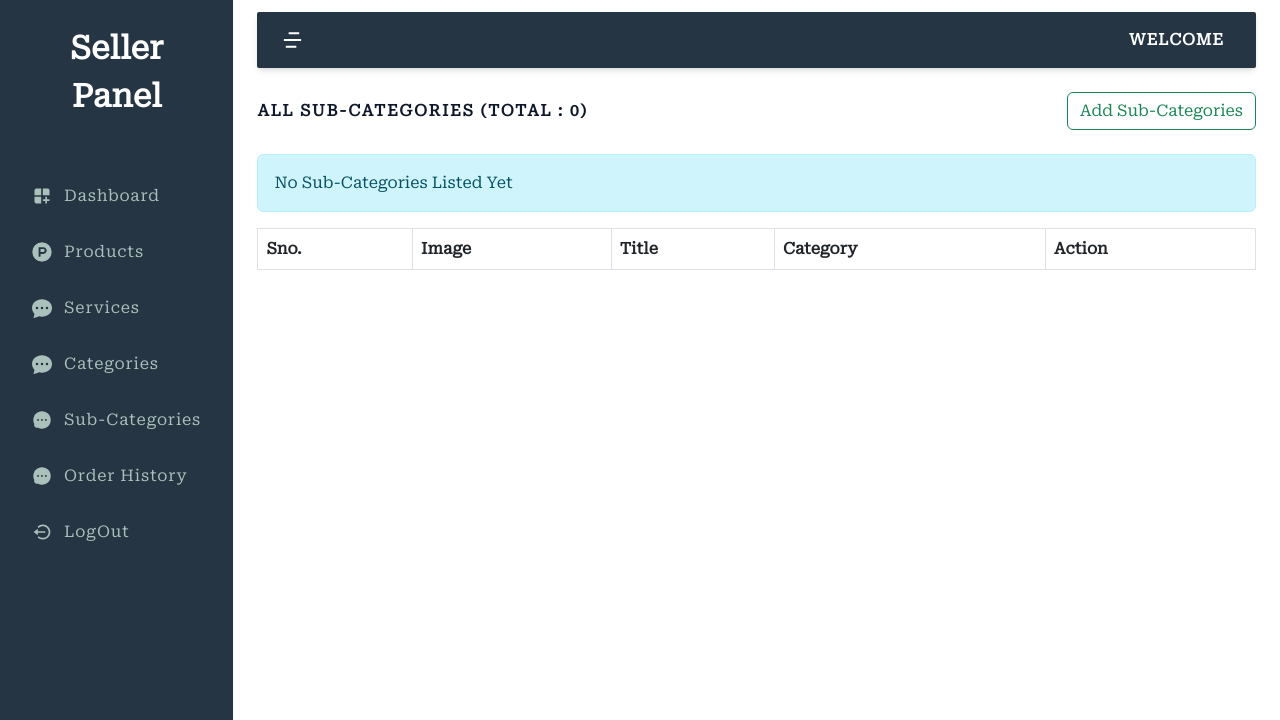
Repository: FlyweisReact/Arun-Chauhan
Page: /vendor/sub-category
An editor plug-in stored every save of this project. The page is shown before and after the next save, followed by the edit.
The browser window is 1280 px wide. The pictures show the whole page.
The page's requests for data from a server got no answer. Some web libraries are served in a nearby version. The project was rebuilt for these pictures with package versions that can differ from the ones it lists, and the page was loaded fresh each time. No one was signed in, and anything a server would have sent is missing. Also part of the build but not shown: src/AdminPanel/layout/Navbar.jsx, src/AdminPanel/layout/Sidebar.jsx, src/AdminPanel/layout/HOC.jsx, src/AdminPanel/pages/Privacy.js, src/AdminPanel/pages/Category.js, src/AdminPanel/pages/FeedBack.js, src/AdminPanel/pages/TermsCon.js, src/AdminPanel/pages/HelpSupport.js and 24 more.

Above is the page before, as saved 2023-04-14 18:01:07.

### public/index.html
<!-- @format -->

<!DOCTYPE html>
<html lang="en">
  <head>
    <meta charset="utf-8" />
    <!-- <link rel="icon" href="%PUBLIC_URL%/favicon.png" /> -->
    <meta name="viewport" content="width=device-width, initial-scale=1" />
    <meta name="theme-color" content="#000000" />
    <meta
      name="description"
      content="Web site created using create-react-app"
    />
    <link rel="apple-touch-icon" href="%PUBLIC_URL%/favicon.ico?v=2" />



    <link rel="manifest" href="%PUBLIC_URL%/manifest.json" />
    <link rel="preconnect" href="https://fonts.googleapis.com">
    <link rel="preconnect" href="https://fonts.gstatic.com" crossorigin>
    <link href="https://fonts.googleapis.com/css2?family=Roboto+Serif&display=swap" rel="stylesheet">
    <title>Arun   Panel</title>
  </head>
  <body>
    <noscript>You need to enable JavaScript to run this app.</noscript>
    <div id="root"></div>
    <script src="https://code.jquery.com/jquery-3.6.0.min.js"></script>
    <script src="https://kit.fontawesome.com/b533b351e4.js" crossorigin="anonymous"></script>
  </body>
</html>

### src/index.js
import React from "react";
import ReactDOM from "react-dom/client";
import "./index.css";
import App from "./App";
import { BrowserRouter } from "react-router-dom";
import 'bootstrap/dist/css/bootstrap.min.css'

const root = ReactDOM.createRoot(document.getElementById("root"));
root.render(
  <React.StrictMode>
    <BrowserRouter>
      <App />
    </BrowserRouter>
  </React.StrictMode>
);

### src/index.css
/** @format */

@tailwind base;
@tailwind components;
@tailwind utilities;




body {
  margin: 0;
  font-family: 'Roboto Serif', serif  !important;
  -webkit-font-smoothing: antialiased;
  -moz-osx-font-smoothing: grayscale;
}

/* Wcomponents */
.wcomp::-webkit-scrollbar {
  width: 0px;
}
::-webkit-scrollbar {
  width: 0px;
}
::-webkit-scrollbar-track {
  background: #696f78;
}
/* Handle */
::-webkit-scrollbar-thumb {
  background: #b4b8bf;
}

.main-card--container {
  display: grid;
  grid-template-columns: repeat(3, minmax(300px, 500px));
  grid-gap: 50px;
  justify-content: space-around;
}
.card-container {
  margin: 25px 0 auto;
  position: relative;
  display: grid;
  grid-template-columns: 1fr;
  justify-content: space-around;
  align-items: flex-start;
}

.img-thumbnail {
  width: 80px;
}
.img-large {
  max-width: 80%;
}

.formInput {
  padding: 5px;
}

.BannerImg{
  display: grid;
  grid-template-columns: auto auto auto;
  margin: 20px;
  justify-content: space-evenly;
  text-align: center;
}
.BannerImg div{
  box-shadow: rgba(0, 0, 0, 0.35) 0px 5px 15px;
  padding: 10px;

}
.BannerImg img{
  width: 400px;
  height: 200px;
}


li{
  list-style: disc;
}
.carouselImages{
  width: 200px !important;
  height: 140px;
}
.Car{
  width: 200px !important;
}
.ColorImage{
  width: 100px !important;
}
.three-Sec{
  display: grid;
  justify-content: space-evenly;
  grid-template-columns: auto auto auto;
  text-align: center;
  color: black;

}
.three-Sec div{
  box-shadow: rgba(0, 0, 0, 0.35) 0px 5px 15px;
  margin-top: 40px;
  padding : 10px;
  width: 400px;
}
.three-Sec img{
  width: 100%;
  height: 300px;
}
.three-Sec p{
  font-size: 20px;
  font-weight: bold;
  margin: 0;
}
.three-Sec button{
  border: 1px solid #B80000;
  background-color: #ffff;
  color: #B80000;
  width: 100%;
  padding: 3px;
  margin-top: 10px;
  font-size: 20px;
  transition: 0.5s;
}

.three-Sec button:hover{
  background-color: #B80000;
  color: #ffff;
}
.bigCont{
  display: flex;
  gap: 10px;
}
.contP{
  border: 1px solid #2F308D;
  width: 48%;
  padding: 10px;
  color: #2F308D;
  transition: 0.5s;
  cursor: pointer;
}
.contP:hover {
  background-color: #2F308D;
  color: #fff;
}


.viewBtn{
  color: #014F75;
  border: 1px solid #014F75;
  outline: none;
  width: 50%;
  padding: 5px;
  font-size: 18px;
  transition: 0.5s;
}

.viewBtn:hover{

  background-color: #014F75;
  color: #fff;
}


.filterDate{
  color: black;
  display: flex;
  gap: 20px;
  margin-top: 20px;
  margin-bottom: 20px;
}

.filterDate input {
  border: 1px solid black;
  outline: none;
  padding: 5px;
}
.filterDate div{
  display: flex;
  gap: 10px;
  align-items:center ;
}
.filterDate div p{
  padding-top: 10px;
}

.filterDate button{
  color: #014F75;
  border: 1px solid #014F75;
  outline: none;
  width: 200px;
  font-size: 18px;
  transition: 0.5s;
}

.filterDate button:hover{
  background-color: #014F75;
  color: #fff;
}
.active{
  display: flex;
  gap: 20px;
margin-bottom: 20px;
}
.active button{
  border: 1px solid #659CCA;
  color: #659CCA;
  padding: 5px;
  width: 200px;
  transition: 0.5s;
  font-size: 20px;
}
.active button:hover{
  background-color: #659CCA;
  color: #fff;
}

.drop select{
  width: 100%;
  color:#fff;
  margin-bottom: 20px;
  border: 1px solid #659CCA;
  padding: 10px;
  outline: none;
  background-color: #659CCA;
}
.drop select option{
  background-color: #8FD1DF;
  border: 1px solid #8FD1DF;
}

.drop select option:hover{
  background-color: #8FD1DF  !important;
}

### src/App.js
/** @format */

import { Routes, Route } from "react-router-dom";
import { ToastContainer } from "react-toastify";
import "react-toastify/dist/ReactToastify.css";
import Privacy from "./AdminPanel/pages/Privacy";
import Offers from "./AdminPanel/pages/Category";
import FeedBack from "./AdminPanel/pages/FeedBack";
import TermsCon from "./AdminPanel/pages/TermsCon";
import HelpSupport from "./AdminPanel/pages/HelpSupport";
import OrderHistory from "./AdminPanel/pages/OrderHistory";
import Installar from "./AdminPanel/pages/Installar";
import Sellers from "./AdminPanel/pages/Sellers";
import Dashboard from "./AdminPanel/pages/Dashboard";
import Users from "./AdminPanel/pages/Users";
import Reviews from "./AdminPanel/pages/Reviews";
import Coupon from "./AdminPanel/pages/Coupon";
import Product from "./AdminPanel/pages/Product";
import About from "./AdminPanel/pages/About";
import Blogs from "./AdminPanel/pages/Blogs";
import Service from "./AdminPanel/pages/Service";
import Notification from "./AdminPanel/pages/Notification";
import SubCategory from "./AdminPanel/pages/SubCategory";
import Banner from "./AdminPanel/pages/Banner";
import Login from "./AdminPanel/Login";
import Transaction from "./AdminPanel/pages/Transaction";
import InstallerTransactions from "./AdminPanel/pages/InstallerTransactions";
import Vendorlogin from "./VendorPanel/Vendorlogin";
import VendorDashboard from "./VendorPanel/pages/VendorDashboard";
import VendorProducts from "./VendorPanel/pages/VendorProducts";
import VendorService from "./VendorPanel/pages/VendorService";
import VendorCategory from "./VendorPanel/pages/VendorCategory";
import VendorSubCategory from "./VendorPanel/pages/VendorSubCategory";
import VendorOrderHistory from "./VendorPanel/pages/VendorOrderHistory";
import SellerProduct from "./AdminPanel/pages/SellerProduct";

function App() {
  return (
    <>
      <ToastContainer />

      <Routes>
        {/* Admin Panel */}
        <Route path="/" element={<Login />} />
        <Route path="/dashboard" element={<Dashboard />} />
        <Route path="/users" element={<Users />} />
        <Route path="/sellers" element={<Sellers />} />
        <Route path="/products" element={<Product />} />
        <Route path="/coupon" element={<Coupon />} />
        <Route path="/about" element={<About />} />
        <Route path="/review" element={<Reviews />} />
        <Route path="/blogs" element={<Blogs />} />
        <Route path="/services" element={<Service />} />
        <Route path="/category" element={<Offers />} />
        <Route path="/notification" element={<Notification />} />
        <Route path="/sub-category" element={<SubCategory />} />
        <Route path="/banners" element={<Banner />} />
        <Route path="/order-history" element={<OrderHistory />} />
        <Route path="/installar" element={<Installar />} />
        <Route path="/feedBacks" element={<FeedBack />} />
        <Route path="/terms-condition" element={<TermsCon />} />
        <Route path="/helpSupport" element={<HelpSupport />} />
        <Route path="/privacy" element={<Privacy />} />
        <Route path="/transactions/:id" element={<Transaction />} />
        <Route path="/installer-transaction/:id" element={<InstallerTransactions />} />
        <Route path="/seller/products/:id" element={<SellerProduct />} />

        {/* Vendor Panel */}
        <Route path="/vendor/login" element={<Vendorlogin />} />
        <Route path="/vendor/dashboard" element={<VendorDashboard />} />
        <Route path="/vendor/products" element={<VendorProducts />} />
        <Route path="/vendor/service" element={<VendorService />} />
        <Route path="/vendor/category" element={<VendorCategory />} />
        <Route path="/vendor/sub-category" element={<VendorSubCategory />} />
        <Route path="/vendor/order-history" element={<VendorOrderHistory />} />
      </Routes>
    </>
  );
}

export default App;

### src/VendorPanel/pages/VendorSubCategory.js
/** @format */

import HOC from "../layout/HOC";
import { Table, Modal, Button, Form, Alert } from "react-bootstrap";
import { useCallback, useEffect, useState } from "react";
import axios from "axios";
import { toast } from "react-toastify";

const VendorSubCategory = () => {
  const [modalShow, setModalShow] = useState(false);
  const [data, setData] = useState([]);
  const sellorId = localStorage.getItem("vendorId");
  const [categoryData, setCatData] = useState([]);

  const fetchHandler = useCallback(async () => {
    try {
      const { data } = await axios.get(
        `http://ec2-15-206-210-177.ap-south-1.compute.amazonaws.com:1112/api/subCategory/seller/${sellorId}`
      );
      setData(data.result);
    } catch (e) {
      console.log(e);
    }
  }, [sellorId]);

  const fetchCategoryHandler = useCallback(async () => {
    try {
      const { data } = await axios.get(
        `http://ec2-15-206-210-177.ap-south-1.compute.amazonaws.com:1112/api/category/seller/${sellorId}`
      );
      setCatData(data.data);
    } catch (e) {
      console.log(e);
    }
  }, [sellorId]);

  useEffect(() => {
    fetchHandler();
    if (modalShow === true) {
      fetchCategoryHandler();
    }
  }, [fetchHandler, modalShow, fetchCategoryHandler]);

  function MyVerticallyCenteredModal(props) {
    const [image, setImage] = useState("");
    const [url, setUrl] = useState("");
    const [title, setTitle] = useState("");
    const [catgoryId, setCategoryId] = useState("");

    const UploadImage = (e) => {
      const data = new FormData();
      data.append("file", image);
      data.append("upload_preset", "ml_default");
      data.append("cloud_name", "dbcnha741");
      fetch("https://api.cloudinary.com/v1_1/dbcnha741/image/upload", {
        method: "post",
        body: data,
      })
        .then((res) => res.json())
        .then((data) => {
          setUrl(data.url);
          console.log(data.url);
        })
        .catch((err) => {
          console.log(err);
        });
    };

    const postHandler = async (e) => {
      e.preventDefault();
      try {
        const { data } = await axios.post(
          "http://ec2-15-206-210-177.ap-south-1.compute.amazonaws.com:1112/api/subcategory/",
          {
            image: url,
            title,
            catgoryId,
            sellerId: sellorId,
          }
        );
        toast.success(`${data.message.title} Added`);
        fetchHandler();
        props.onHide();
      } catch (e) {
        console.log(e);
        toast.error("Please try again after some time:::");
      }
    };

    return (
      <Modal
        {...props}
        size="lg"
        aria-labelledby="contained-modal-title-vcenter"
        centered
      >
        <Modal.Header closeButton>
          <Modal.Title id="contained-modal-title-vcenter">
            Add Sub-Category
          </Modal.Title>
        </Modal.Header>
        <Modal.Body>
          <Form onSubmit={postHandler}>
            <Form.Group className="mb-3">
              <Form.Label>Image</Form.Label>
              <Form.Control
                type="file"
                onChange={(e) => setImage(e.target.files[0])}
                required
              />
            </Form.Group>

            <Form.Group className="mb-3">
              <Form.Label>Title</Form.Label>
              <Form.Control
                type="text"
                onClick={() => UploadImage()}
                required
                onChange={(e) => setTitle(e.target.value)}
              />
            </Form.Group>
            <Form.Group className="mb-3">
              <Form.Select
                aria-label="Default select example"
                required
                onChange={(e) => setCategoryId(e.target.value)}
              >
                <option>Select Category</option>
                {categoryData?.map((i, index) => (
                  <option key={index} value={i._id}>
                    {" "}
                    {i.category}{" "}
                  </option>
                ))}
              </Form.Select>
            </Form.Group>
            <Button variant="outline-success" type="submit">
              Submit
            </Button>
          </Form>
        </Modal.Body>
        <Modal.Footer></Modal.Footer>
      </Modal>
    );
  }

  const deleteHandler = async (id) => {
    try {
      const { data } = await axios.delete(
        `http://ec2-15-206-210-177.ap-south-1.compute.amazonaws.com:1112/api/subcategory/${id}`
      );
      toast.success(data.message);
      fetchHandler();
    } catch (e) {
      console.log(e);
      toast.error("Try again after some time::");
    }
  };

  return (
    <>
      <MyVerticallyCenteredModal
        show={modalShow}
        onHide={() => setModalShow(false)}
      />

      <section>
        <div className="pb-4 sticky top-0  w-full flex justify-between items-center bg-white">
          <span className="tracking-widest text-slate-900 font-semibold uppercase ">
            All Sub-Categories (Total : {data?.length})
          </span>
          <Button
            variant="outline-success"
            onClick={() => {
              setModalShow(true);
            }}
          >
            Add Sub-Categories
          </Button>
        </div>

        {data.length === 0 ? <Alert variant="info">No Sub-Categories Listed Yet </Alert> :""}

        <div style={{ maxWidth: "100%", overflow: "auto" }}>
          <Table striped bordered hover>
            <thead>
              <tr>
                <th>Sno.</th>
                <th> Image</th>
                <th> Title</th>
                <th> Category</th>
                <th>Action</th>
              </tr>
            </thead>
            <tbody>
              {data?.map((i, index) => (
                <tr key={index}>
                  <td> {index + 1} </td>
                  <td>
                    <img src={i.image} alt="" style={{ width: "100px" }} />
                  </td>
                  <td>{i.title} </td>
                  <td> {i.catgory?.category} </td>
                  <td>
                    <i
                      className="fa-solid fa-trash"
                      style={{ color: "#ff0000", cursor: "pointer" }}
                      onClick={() => deleteHandler(i._id)}
                    ></i>
                  </td>
                </tr>
              ))}
            </tbody>
          </Table>
        </div>
      </section>
    </>
  );
};

export default HOC(VendorSubCategory);

### src/VendorPanel/layout/HOC.jsx
import React, { useState } from "react";
import Navbar from "./Navbar";
import Sidebar from "./Sidebar";

const HOC = (Wcomponenet) => {
  return function Component() {
    const [hamb, setHamb] = useState(false);
    return (
      <>
        <section className="flex overflow-x-hidden relative">
          {/* Sidebar */}
          <div
            className={
              hamb
                ? " absolute top-0 z-30 md:w-auto shadow-md bg-slate-200  w-60 transition-all md:-left-full left duration-150  h-auto overflow-y-auto  left-0 "
                : " md:w-72 z-30 bg-slate-200  shadow-md  md:static absolute top-0 -left-full   transition-all duration-150  overflow-y-auto h-auto"
            }
          >
            <Sidebar hamb={hamb} setHamb={setHamb} />
          </div>
          {/* Components & Navbar */}
          <div
            className={
              hamb
                ? " transition-all px-4 py-2  bg-white duration-150 w-full h-screen"
                : " w-full h-screen  px-4 py-2  bg-white z-50 transition-all duration-150 "
            }
          >
            <Navbar hamb={hamb} setHamb={setHamb} />
            <div className="my-6 text-white h-[87%] wcomp overflow-y-auto">
              <Wcomponenet />
            </div>
          </div>
        </section>
      </>
    );
  };
};

export default HOC;

### src/VendorPanel/layout/Navbar.jsx
/** @format */

import { RiMenu4Line } from "react-icons/ri";

const Navbar = ({ hamb, setHamb }) => {

  return (
    <>

      <div
        className={
          hamb
            ? "flex  w-full justify-between  my-1 rounded-sm  p-4 py-3 shadow-md items-center  bg-slate-200 space-x-4"
            : "flex  w-full justify-between my-1 rounded-sm  p-4 py-3 shadow-md items-center  bg-slate-200 space-x-4"
        }
        style={{   backgroundColor: "#263544", color : "#fff"}}
      >
        <RiMenu4Line
          onClick={() => setHamb(!hamb)}
          className="text-2xl font-bold text-#fff-900 hover:scale-90 cursor-pointer"
        />

        <section className="flex sm:ml-auto justify-end sm:w-full items-center space-x-2  pr-2">
          <figcaption className="tracking-wider pl-1 font-semibold">
            <div className="lg:text-base text-sm text-#fff-900  uppercase" >
              Welcome
            </div>
          </figcaption>
        </section>


      </div>
    </>
  );
};

export default Navbar;

### src/VendorPanel/layout/Sidebar.jsx
/** @format */

import React from "react";
import { RiCloseLine } from "react-icons/ri";
import { Link, useNavigate } from "react-router-dom";
import { BiLogOutCircle  } from "react-icons/bi";
import { MdDashboardCustomize } from "react-icons/md";
import { BsFillChatDotsFill } from "react-icons/bs";
import { AiFillMessage } from "react-icons/ai";
import {FaProductHunt } from 'react-icons/fa'


const Sidebar = ({ hamb, setHamb }) => {
  const navigate = useNavigate();

  const nav = [
    {
      icon: <MdDashboardCustomize className="text-xl mr-3 rounded-full " />,
      link: "/vendor/dashboard",
      name: "Dashboard",
    },
    {
      icon: <FaProductHunt className="text-xl mr-3 rounded-full " />,
      link: "/vendor/products",
      name: "Products",
    },
    {
      icon: <BsFillChatDotsFill className="text-xl mr-3" />,
      link: "/vendor/service",
      name: "Services",
    },
    {
      icon: <BsFillChatDotsFill className="text-xl mr-3" />,
      link: "/vendor/category",
      name: "Categories",
    },

    {
      icon: <AiFillMessage className="text-xl mr-3 rounded-full " />,
      link: "/vendor/sub-category",
      name: "Sub-Categories",
    },
    {
      icon: <AiFillMessage className="text-xl mr-3 rounded-full " />,
      link: "/vendor/order-history",
      name: "Order History",
    },
  ];

  const logOut = () => {
 localStorage.clear()
  navigate("/vendor/login");
  };

  return (
    <>
      <div className="p-4 h-auto"   style={{
          backgroundColor: "#263544",
          minHeight : '100vh'
        }}>
        {/* Top */}
        <div className="w-full md:hidden relative  p-2 mb-4">
          <RiCloseLine
            onClick={() => setHamb(!hamb)}
            className="text-3xl  absolute top-2 sm:hover:rotate-[228deg] transition-transform font-bold right-2 sm:hover:text-[22px] text-[rgb(241,146,46)] cursor-pointer"
          />
        </div>
        {/* Logo */}
        <figure className="flex  flex-col items-center">
        <span
            className="font-bold text-[rgb(241,146,46)]"
            style={{ fontSize: "2rem", textAlign: "center", color: "#fff" }}
          >
            Seller Panel
          </span>
        </figure>
        {/* Nav-menu */}
        <nav className="py-6">
          {nav.map((nav) => {
            return (
              <Link to={nav.link} key={nav.name} className="" style={{textDecoration : 'none'}}>
                <span className="flex my-3 items-center cursor-pointer    tracking-wider p-2 rounded-sm"  style={{ color: "#aac0bb"  , textDecoration : 'none'}}>
                  {nav.icon} {nav.name}
                </span>
              </Link>
            );
          })}
          <span
            className="flex my-3 items-center cursor-pointer   tracking-wider p-2 rounded-sm"
            onClick={() => logOut()}
            style={{ color: "#aac0bb" }}
          >
            <BiLogOutCircle className="text-xl mr-3 rounded-full " /> LogOut
          </span>
        </nav>
      </div>
    </>
  );
};

export default Sidebar;

Loaded but not shown: tailwind.config.js (common file)

After the next save:
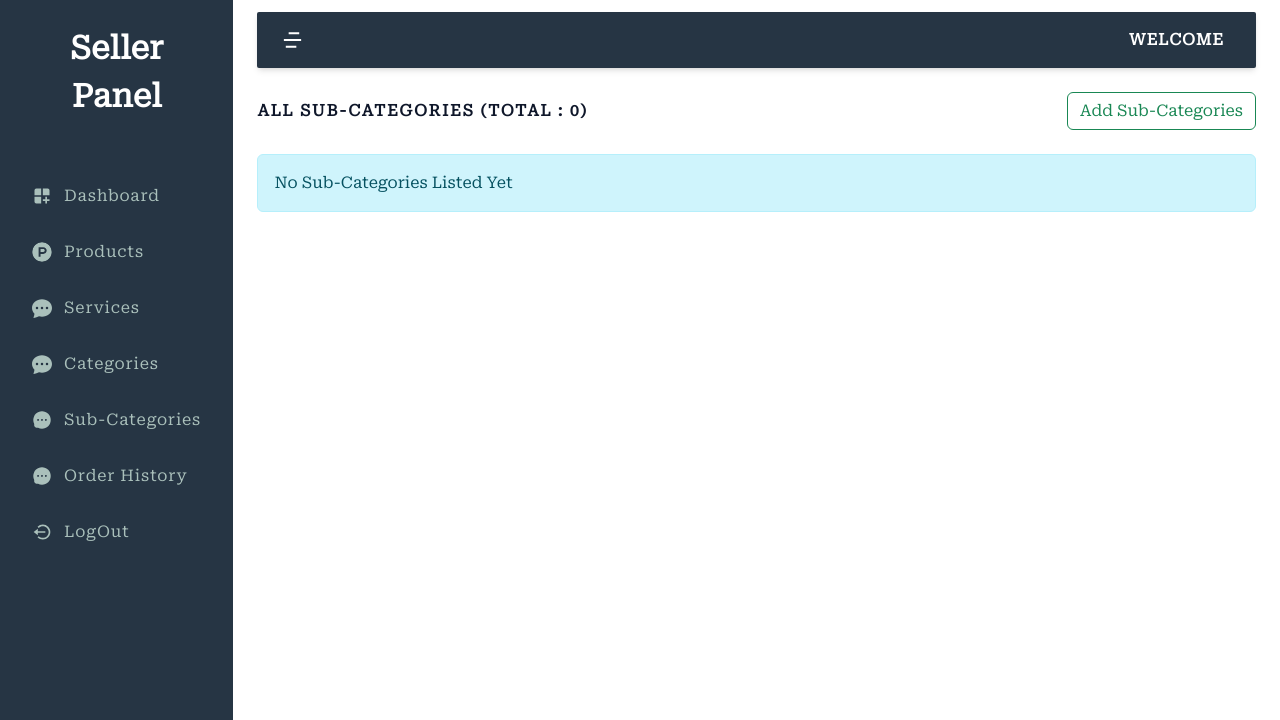
Saved 8 s later.
--- a/src/VendorPanel/pages/VendorSubCategory.js
+++ b/src/VendorPanel/pages/VendorSubCategory.js
@@ -181,38 +181,7 @@ const VendorSubCategory = () => {
 
         {data.length === 0 ? <Alert variant="info">No Sub-Categories Listed Yet </Alert> :""}
 
-        <div style={{ maxWidth: "100%", overflow: "auto" }}>
-          <Table striped bordered hover>
-            <thead>
-              <tr>
-                <th>Sno.</th>
-                <th> Image</th>
-                <th> Title</th>
-                <th> Category</th>
-                <th>Action</th>
-              </tr>
-            </thead>
-            <tbody>
-              {data?.map((i, index) => (
-                <tr key={index}>
-                  <td> {index + 1} </td>
-                  <td>
-                    <img src={i.image} alt="" style={{ width: "100px" }} />
-                  </td>
-                  <td>{i.title} </td>
-                  <td> {i.catgory?.category} </td>
-                  <td>
-                    <i
-                      className="fa-solid fa-trash"
-                      style={{ color: "#ff0000", cursor: "pointer" }}
-                      onClick={() => deleteHandler(i._id)}
-                    ></i>
-                  </td>
-                </tr>
-              ))}
-            </tbody>
-          </Table>
-        </div>
+
       </section>
     </>
   );
